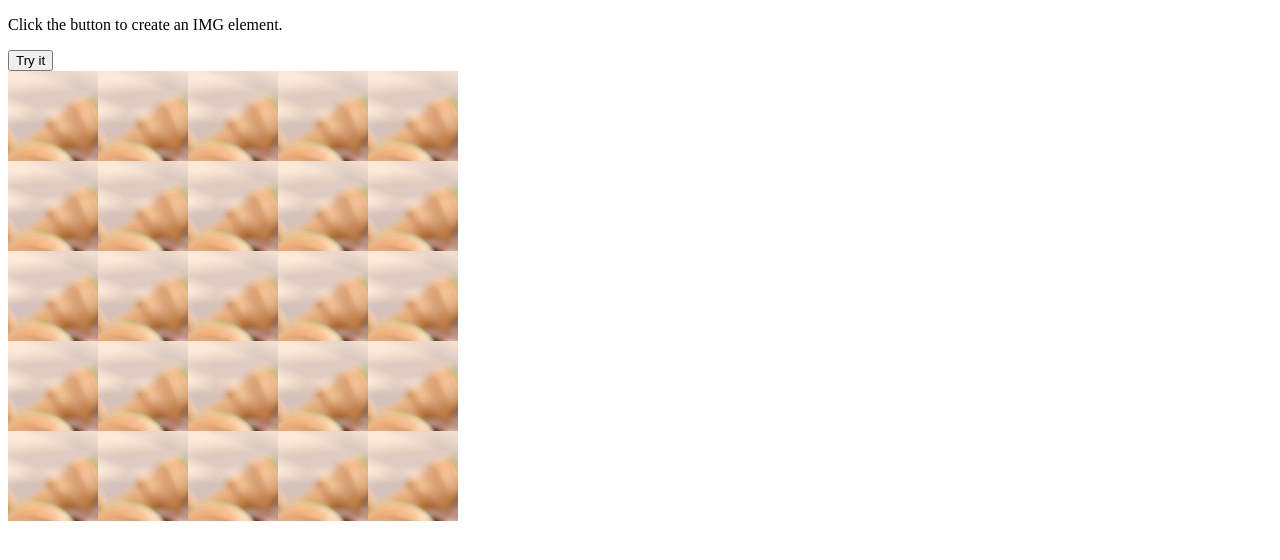
Repository: rashmikagamage/puzzle-vanila-js
Page: index.html
These files come from the project's save history. The page is drawn as it stood at one moment and after the next save; the edit follows.
The browser window is 1280 px wide. The pictures show the whole page.
After loading, the first visible `button` was clicked once.

Above is the page before, as saved 2020-08-05 21:22:05.

After the next save:
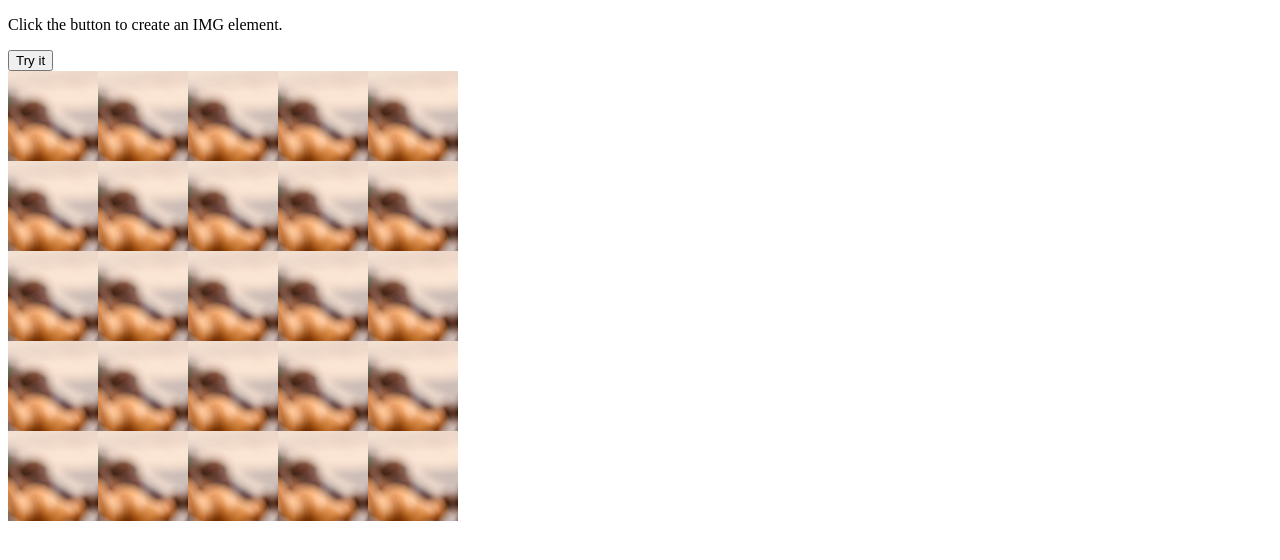
Saved 2 min 5 s later.
--- a/function.js
+++ b/function.js
@@ -6,8 +6,8 @@
     let row = num;
     let col = num;
     let idCount = 0
-    let xPosition = 80;
-    let yPosition = 0;
+    let xPosition = 0;
+    let yPosition = 20;
 
     for (let i = 0; i < num; i++) {
         grid = grid + cellSize + " ";
